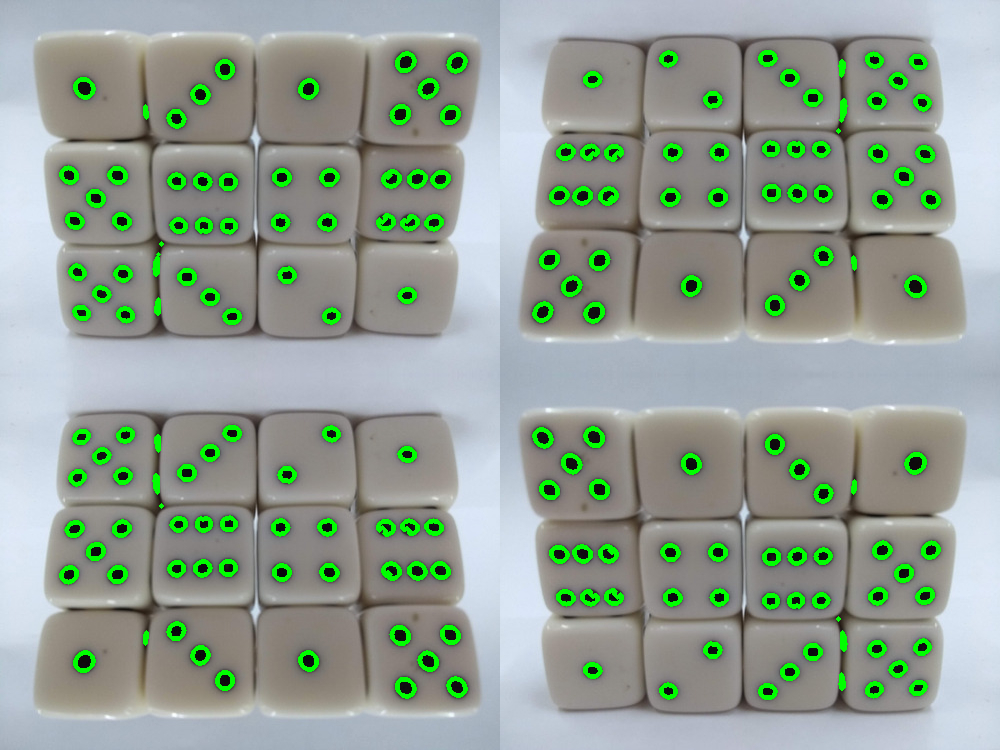
Repository: kaiofbgarcia/OpenCV
Script's output: python Dados/dadosPilha2.py
These files come from the project's save history. The script's output is drawn as it stood at one moment and after the next save; the edit follows.
Random numbers start from a fixed seed. It also reads Dados/imgDados/dadosPilha2.jpg.

Above is the script's output before, as saved 2022-07-01 17:50:50.

After the next save:
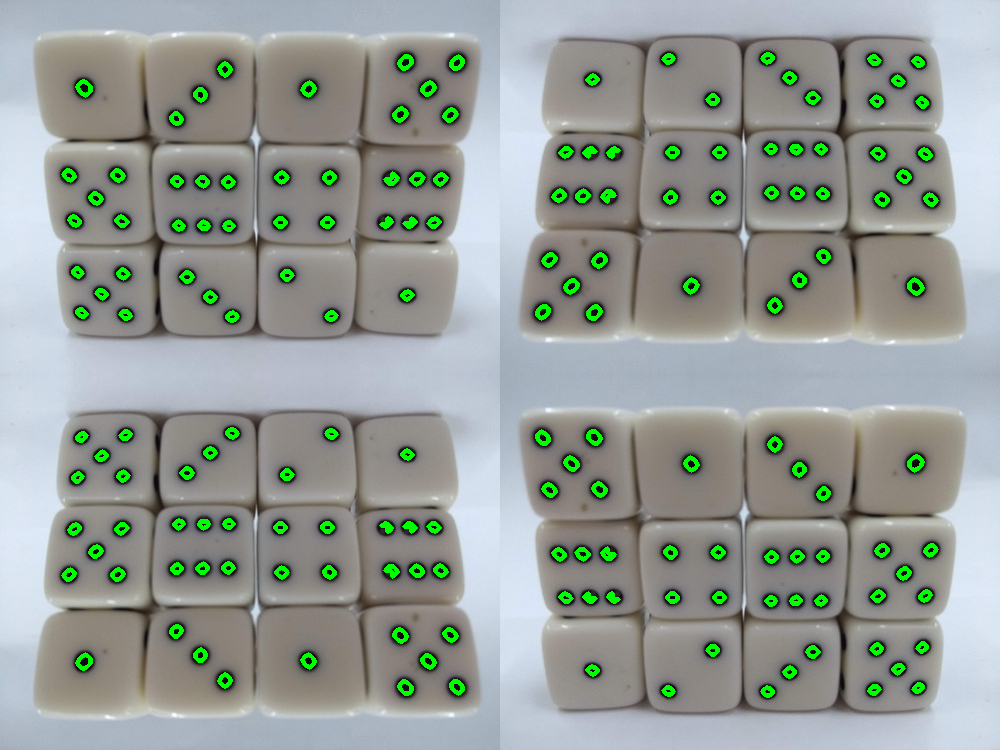
Saved 19 s later.
--- a/Dados/dadosPilha2.py
+++ b/Dados/dadosPilha2.py
@@ -15,7 +15,7 @@ kernel = np.ones((5,5), np.uint8)                   # Erosão
 erosion = cv2.erode(binary1, kernel, iterations=1)  # Erosão
 dilation = cv2.dilate(erosion, kernel, iterations=1)
 
-contours, hierarchy = cv2.findContours(binary1, cv2.RETR_TREE, cv2.CHAIN_APPROX_SIMPLE) # Procura os Objetos
+contours, hierarchy = cv2.findContours(erosion, cv2.RETR_TREE, cv2.CHAIN_APPROX_SIMPLE) # Procura os Objetos
 cont = len(contours)                                                                     # Conta os Objetos
 
 cv2.drawContours(imagem, contours, -1, (0,255,0), 3)
